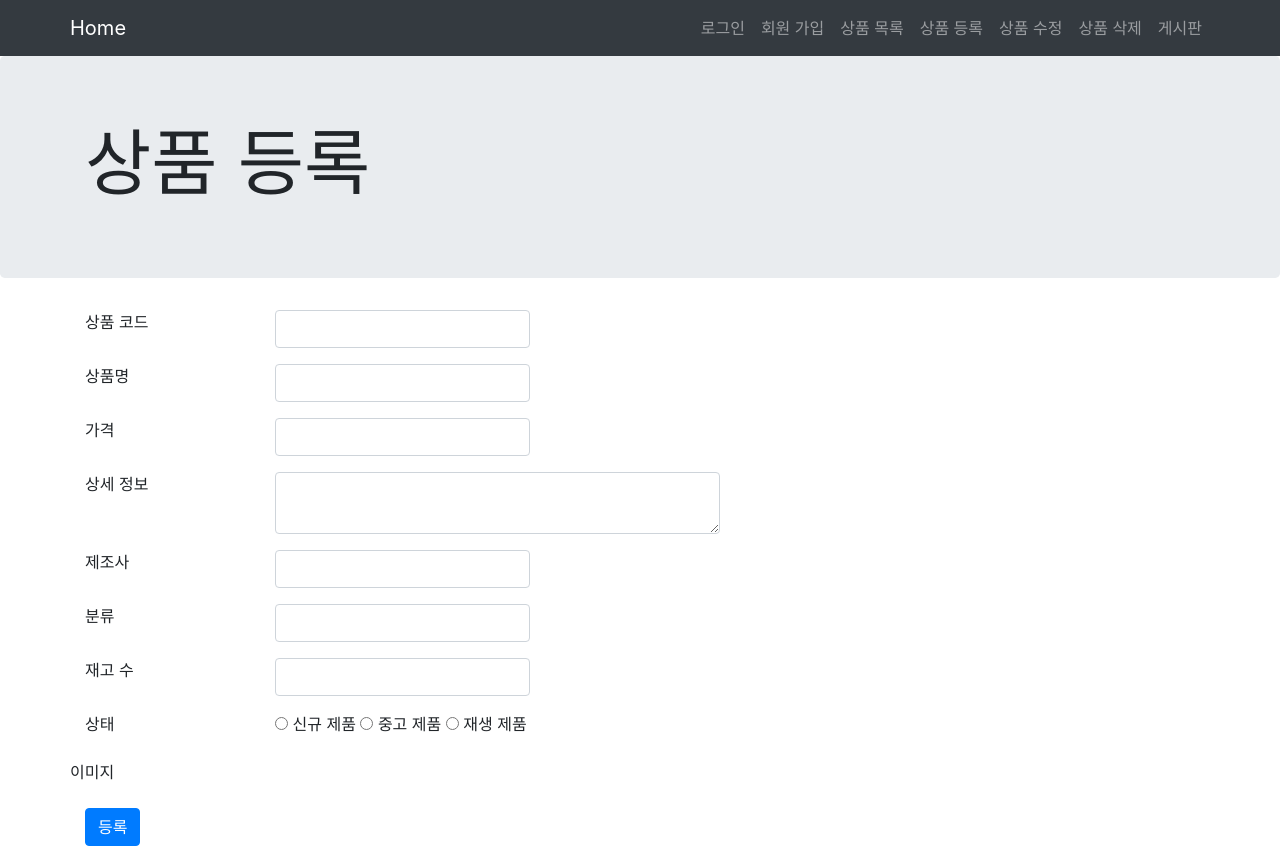
Repository: Pen-nek/Java_original
Page: http://localhost/WebMarket/addProduct.jsp
The author's editor kept a copy of each file at every save. The page is drawn from the files as they stood at one save, then again after the next save.
The browser window is 1280 px wide. The pictures show the whole page.
The page is served by Tomcat 9. Nobody is signed in. The application's start-up code is not run. The template is opened directly, without the code that normally fills it, so the values that code supplies are empty.

Above is the page before, as saved 2019-08-21 05:37:51.

After the next save:
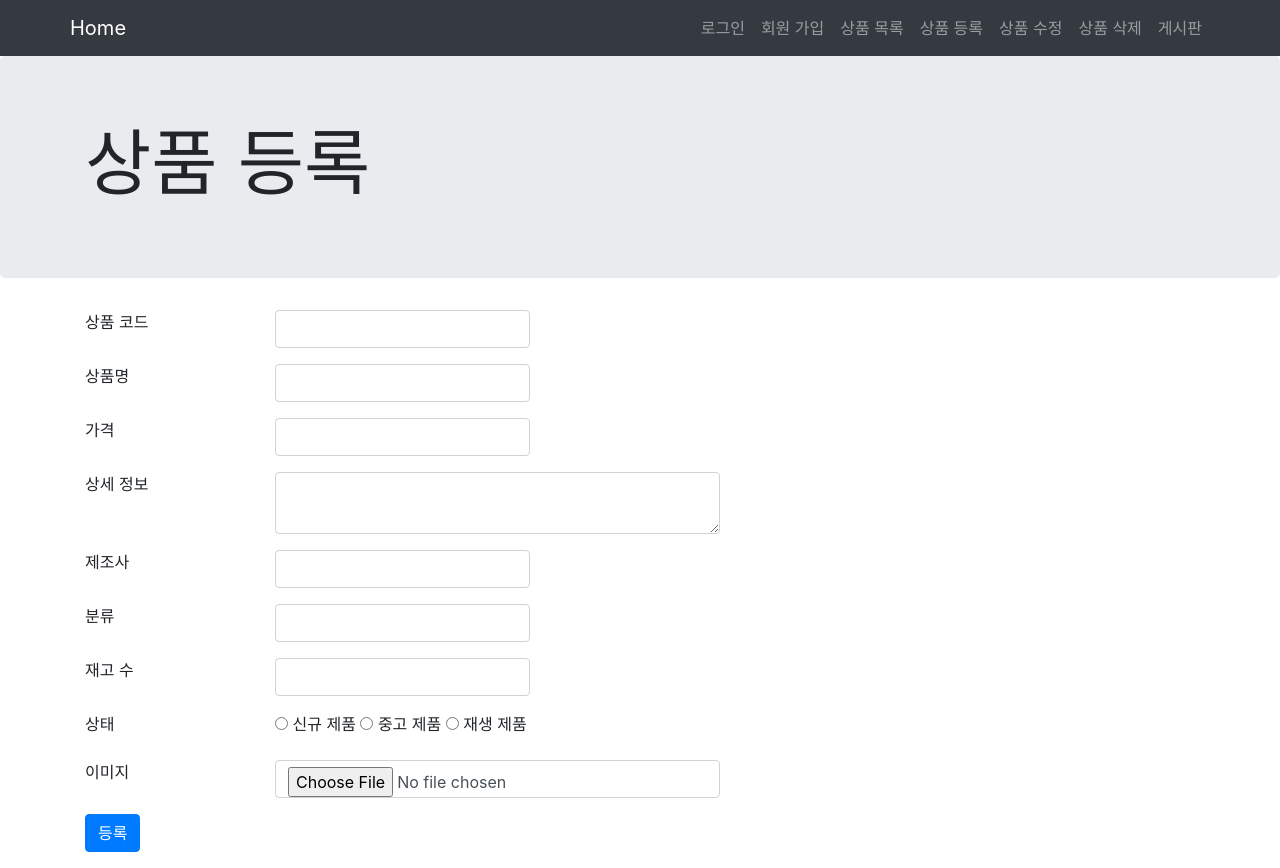
Saved 38 s later.
--- a/WebMarket/WebContent/addProduct.jsp
+++ b/WebMarket/WebContent/addProduct.jsp
@@ -65,7 +65,10 @@
 				</div>
 			</div>
 			<div class="form-group row">
-				<label class="col-sm=2">이미지</label>
+				<label class="col-sm-2">이미지</label>
+				<div class="col-sm-5">
+					<input type="file" name="productImage" class="form-control">
+				</div>
 			</div>
 			<div class="form-group row">
 				<div class="col-sm-offset-2 col-sm-10 ">
